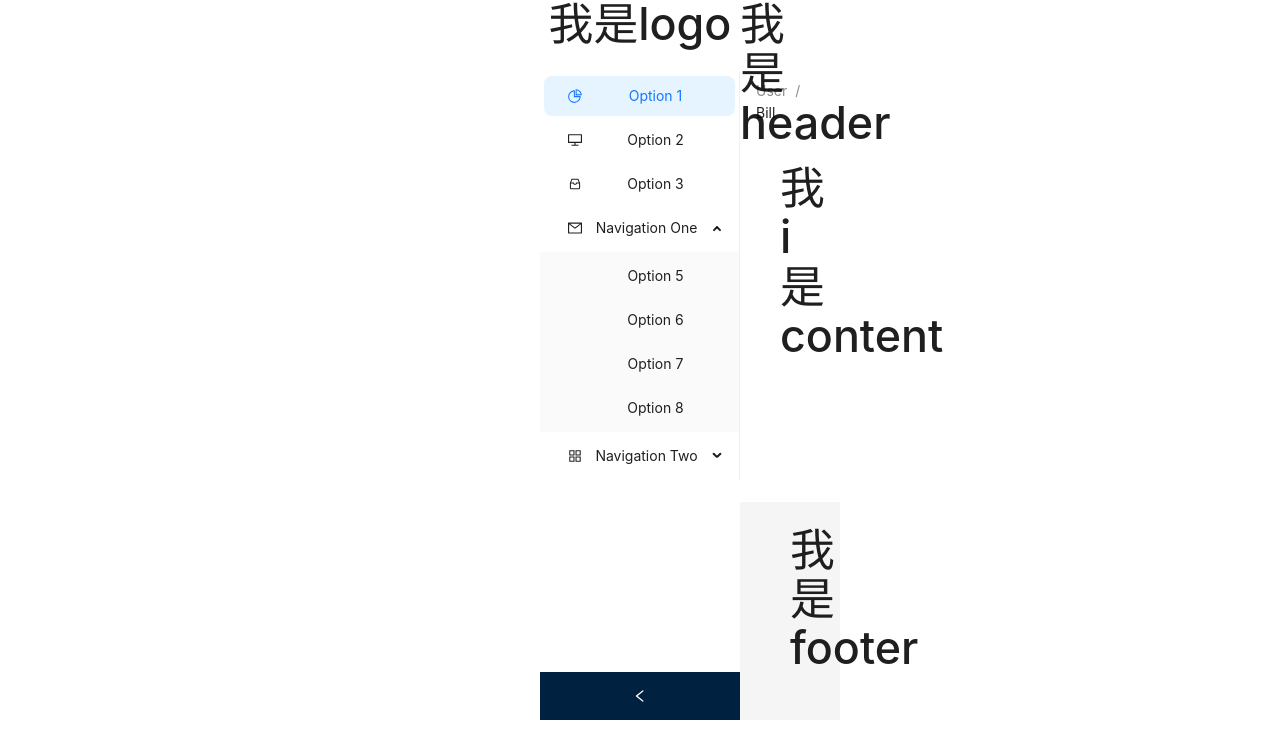
Repository: chenyl8848/chen-tool-collection
Page: /
These files come from the project's save history. The page is drawn as it stood at one moment and after the next save; the edit follows.
The browser window is 1280 px wide. The pictures show the whole page.
The project was rebuilt for these pictures with package versions that can differ from the ones it lists, and the page was loaded fresh each time. Also part of the build but not shown: vite.config.ts, src/components/HelloWorld.vue.

Above is the page before, as saved 2024-01-09 11:11:21.

### src/main.ts
import { createApp } from 'vue'
import './style.css'

// import Antd from 'ant-design-vue';
import 'ant-design-vue/dist/reset.css';

import App from './App.vue'

const app = createApp(App)

// app.use(Antd)

app.mount('#app')

### src/App.vue
<script setup lang="ts">
import Layout from '@/layout/index.vue';
</script>

<template>
  <div>
    <Layout></Layout>
  </div>
</template>

<style scoped>
</style>

### src/layout/index.vue
<script lang="ts" setup>

import Siderbar from '@/layout/siderbar/index.vue'
import Header from '@/layout/header/index.vue'
import Content from '@/layout/content/index.vue'
import Footer from '@/layout/footer/index.vue'

</script>

<template>
    <a-layout class="layout">
        <a-layout-sider v-model:collapsed="collapsed" collapsible class="layout-siderbar">
            <Siderbar></Siderbar>
        </a-layout-sider>
        <a-layout>
            <a-layout-header class="layout-header">
                <Header></Header>
            </a-layout-header>
            <a-layout-content class="layout-content">
                <Content></Content>
            </a-layout-content>
            <a-layout-footer class="layout-footer">
                <Footer></Footer>
            </a-layout-footer>
        </a-layout>
    </a-layout>
</template>

<style scoped>
.layout {
    min-height: 100vh;

}

.layout-siderbar {
    background-color: white;

}

.layout-header {
    background: #fff;
    padding: 0
}

.layout-content {
    margin: 0 16px;
}

.layout-footer {
    text-align: center
}
</style>

### src/layout/siderbar/index.vue
<script lang="ts" setup>
import Logo from '@/layout/siderbar/logo/index.vue'
import Menu from '@/layout/siderbar/menu/index.vue'
</script>

<template>
  <div>
    <Logo></Logo>
    <Menu></Menu>
  </div>
</template>

<style scoped>
</style>

### src/layout/header/index.vue
<script lang="ts" setup>

</script>

<template>
  <div>
    <h1>我是header</h1>
  </div>
</template>

### src/layout/content/index.vue
<script lang="ts" setup>

</script>

<template>
  <a-breadcrumb style="margin: 16px 0">
    <a-breadcrumb-item>User</a-breadcrumb-item>
    <a-breadcrumb-item>Bill</a-breadcrumb-item>
  </a-breadcrumb>
  <div :style="{ padding: '24px', background: '#fff', minHeight: '360px' }">
    <h1>我i是content</h1>
  </div>
</template>

### src/layout/footer/index.vue
<script lang="ts" setup>

</script>

<template>
  <div>
    <h1>我是footer</h1>
  </div>
</template>

### src/layout/siderbar/logo/index.vue
<script lang="ts" setup>

</script>

<template>
  <div>
    <h1>我是logo</h1>
  </div>
</template>

### src/layout/siderbar/menu/index.vue
<template>
    <div>
      <a-menu
        v-model:openKeys="state.openKeys"
        v-model:selectedKeys="state.selectedKeys"
        mode="inline"
        :inline-collapsed="state.collapsed"
        :items="items"
      ></a-menu>
    </div>
  </template>
  <script lang="ts" setup>
  import { reactive, watch, h } from 'vue';
  import {
    MenuFoldOutlined,
    MenuUnfoldOutlined,
    PieChartOutlined,
    MailOutlined,
    DesktopOutlined,
    InboxOutlined,
    AppstoreOutlined,
  } from '@ant-design/icons-vue';
  const state = reactive({
    collapsed: false,
    selectedKeys: ['1'],
    openKeys: ['sub1'],
    preOpenKeys: ['sub1'],
  });
  const items = reactive([
    {
      key: '1',
      icon: () => h(PieChartOutlined),
      label: 'Option 1',
      title: 'Option 1',
    },
    {
      key: '2',
      icon: () => h(DesktopOutlined),
      label: 'Option 2',
      title: 'Option 2',
    },
    {
      key: '3',
      icon: () => h(InboxOutlined),
      label: 'Option 3',
      title: 'Option 3',
    },
    {
      key: 'sub1',
      icon: () => h(MailOutlined),
      label: 'Navigation One',
      title: 'Navigation One',
      children: [
        {
          key: '5',
          label: 'Option 5',
          title: 'Option 5',
        },
        {
          key: '6',
          label: 'Option 6',
          title: 'Option 6',
        },
        {
          key: '7',
          label: 'Option 7',
          title: 'Option 7',
        },
        {
          key: '8',
          label: 'Option 8',
          title: 'Option 8',
        },
      ],
    },
    {
      key: 'sub2',
      icon: () => h(AppstoreOutlined),
      label: 'Navigation Two',
      title: 'Navigation Two',
      children: [
        {
          key: '9',
          label: 'Option 9',
          title: 'Option 9',
        },
        {
          key: '10',
          label: 'Option 10',
          title: 'Option 10',
        },
        {
          key: 'sub3',
          label: 'Submenu',
          title: 'Submenu',
          children: [
            {
              key: '11',
              label: 'Option 11',
              title: 'Option 11',
            },
            {
              key: '12',
              label: 'Option 12',
              title: 'Option 12',
            },
          ],
        },
      ],
    },
  ]);
  watch(
    () => state.openKeys,
    (_val, oldVal) => {
      state.preOpenKeys = oldVal;
    },
  );
  const toggleCollapsed = () => {
    state.collapsed = !state.collapsed;
    state.openKeys = state.collapsed ? [] : state.preOpenKeys;
  };
  </script>

Loaded but not shown: index.html (common file); src/style.css (common file)

After the next save:
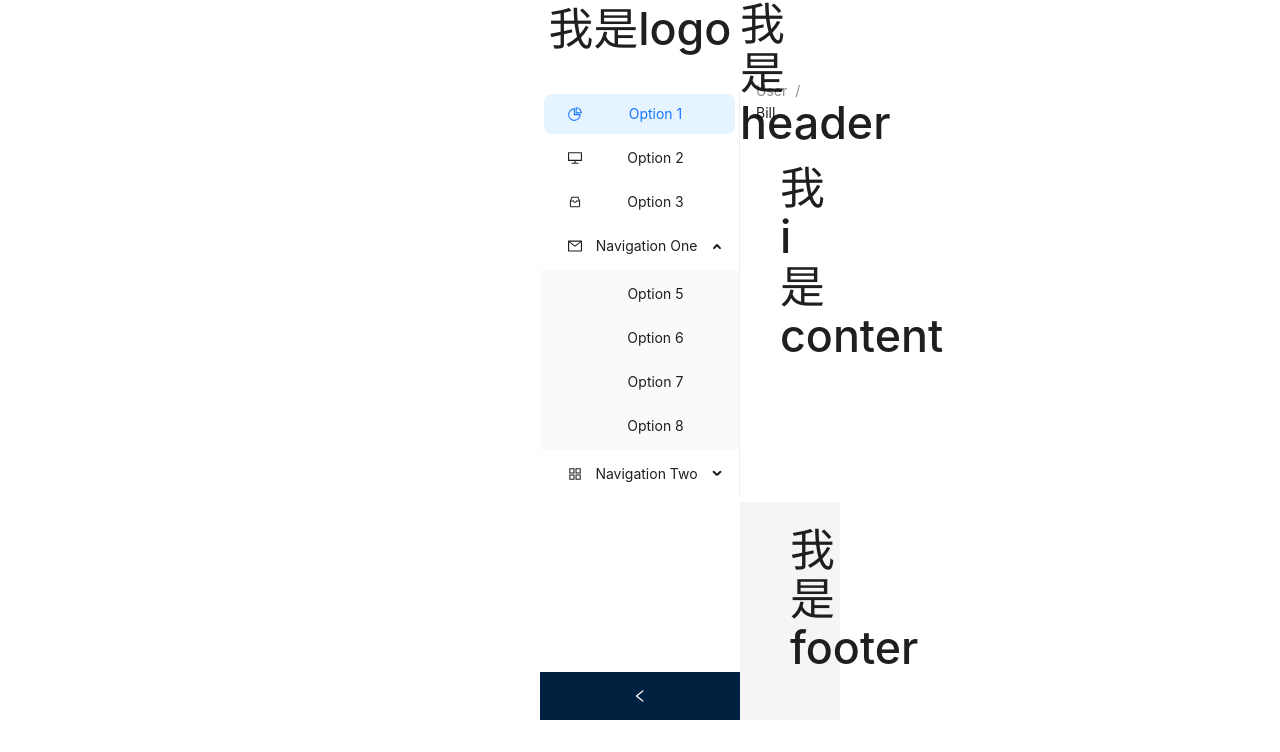
Saved 20 s later.
--- a/src/layout/siderbar/index.vue
+++ b/src/layout/siderbar/index.vue
@@ -5,10 +5,16 @@
 
 <template>
   <div>
-    <Logo></Logo>
+    <div class="logo">
+      <Logo></Logo>
+    </div>
     <Menu></Menu>
   </div>
 </template>
 
 <style scoped>
+.logo {
+  padding: 5px;
+  height: 90px;
+}
 </style>
